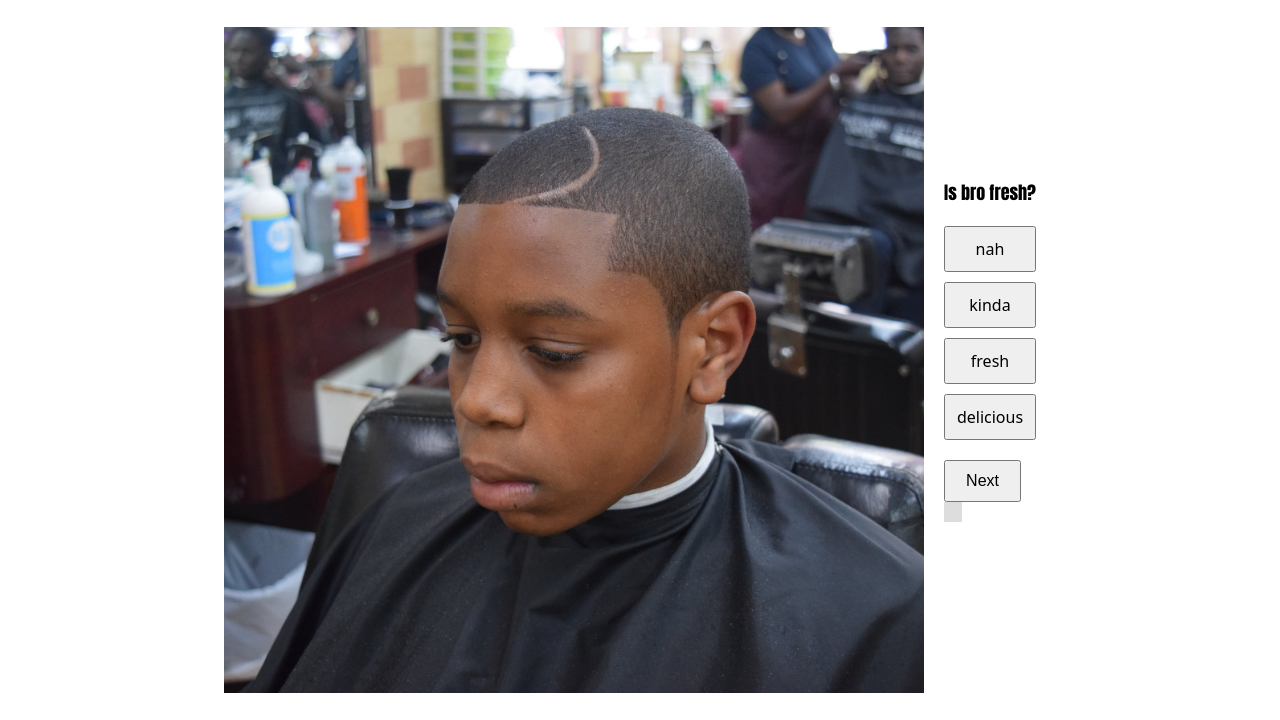
Repository: anderscederberg11/unhandledRuntimeError.json
Page: Henver/henver2.html
An editor plug-in stored every save of this project. The page is shown before and after the next save, followed by the edit.
The browser window is 1280 px wide. The pictures show the whole page.

Above is the page before, as saved 2024-05-24 18:35:29.

### Henver/henver2.html
<!DOCTYPE html>
<html lang="en">
<head>
    <meta charset="UTF-8">
    <meta name="viewport" content="width=device-width, initial-scale=1.0">
    <title>HaircutHenver</title>
    <link rel="stylesheet" href="henver2.css">
</head>
<body>
    <div class="haircutVro">
        <img class="haircutPic" src="/Henver/imgs/haircutbro.jpeg" alt="kid in barber chair">
    </div>
    <div class="quiz-container">
        <div id="question"></div>
        <div id="options"></div>
        <button id="next-btn" onclick="nextQuestion()">Next</button>
        <div id="progress"></div>
        <button id="play-sound-btn" style="display: none;" onclick="playSound()">Spray</button>
        <button id="redirect-btn" style="display: none;" onclick="redirect()">Continue Experience</button>
    </div>

    <script>
        const questions = [
            {
                question: "Is bro fresh?",
                options: ["nah", "kinda", "fresh", "delicious"],
                answer: "fresh"
            },
            {
                question: "Is this Kai Cenat?",
                options: ["nah", "yes", "fanum", "who?"],
                answer: "nah"
            },
            {
                question: "He pulls all the girls with his ___ ?",
                options: ["Swagger", "Game", "Rizz"],
                answer: "Rizz"
            },
            {
                question: "What is good tongue posture called??",
                options: ["lofting", "gleeking", "mewing", "NaCl"],
                answer: "mewing"
            },
            {
                question: "Should we spray bro down?",
                options: ["yes", "no"],
                answer: "yes"
            }
        ];

        let currentQuestion = 0;
        const progress = document.getElementById("progress");
        const questionDiv = document.getElementById("question");
        const optionsDiv = document.getElementById("options");

        function loadQuestion() {
            const q = questions[currentQuestion];
            questionDiv.textContent = q.question;
            optionsDiv.innerHTML = "";
            q.options.forEach((opt) => {
                const btn = document.createElement("button");
                btn.textContent = opt;
                btn.onclick = () => checkAnswer(opt);
                optionsDiv.appendChild(btn);
            });
            updateProgress();
        }

        function checkAnswer(selectedOption) {
            if (selectedOption === questions[currentQuestion].answer) {
                if (currentQuestion === questions.length - 1) {
                    document.getElementById("play-sound-btn").style.display = "inline-block";
                    document.getElementById("redirect-btn").style.display = "inline-block";
                }
                currentQuestion++;
                loadQuestion();
            }
        }

        function nextQuestion() {
            if (currentQuestion < questions.length - 1) {
                currentQuestion++;
                loadQuestion();
            }
        }

        function updateProgress() {
            const percent = ((currentQuestion + 1) / questions.length) * 100;
            progress.style.width = percent + "%";
        }

        function playSound() {
            const audio = new Audio('/Henver/imgs/Its just alcohol.mp3');
        audio.play();
        }

        function redirect() {
            alert("Redirecting to another page...");
        }

        loadQuestion();
    </script>
</body>
</html>

### Henver/henver2.css
body, html {
    height: 100%;
    margin: 0;
    display: flex;
    align-items: center;
    justify-content: center;
}

.haircutVro {
    display: flex;
    align-items: center;
    justify-content: center;
    width: 700px;
    height: 700px;
}

.haircutPic {
    max-width: 100%;
    max-height: 100%;
}

.quiz-container {
    max-width: 600px;
    margin: 0 auto;
    padding: 20px;
}

#question {
    font-family: Impact, Haettenschweiler, 'Arial Narrow Bold', sans-serif;
    font-size: 18px;
    margin-bottom: 20px;
}

#options button {
    font-family: system-ui, -apple-system, BlinkMacSystemFont, 'Segoe UI', Roboto, Oxygen, Ubuntu, Cantarell, 'Open Sans', 'Helvetica Neue', sans-serif;
    display: block;
    width: 100%;
    padding: 10px;
    margin-bottom: 10px;
    font-size: 16px;
    cursor: pointer;
}

#next-btn {
    display: block;
    margin-top: 20px;
    padding: 10px 20px;
    font-size: 16px;
    cursor: pointer;
}

#progress {
    background-color: #ddd;
    height: 20px;
    margin-bottom: 20px;
}

#progress::after {
    content: "";
    display: block;
    background-color: #4CAF50;
    height: 100%;
    width: 0;
}

#play-sound-btn, #redirect-btn {
    display: none;
    margin-top: 20px;
    padding: 10px 20px;
    font-size: 16px;
    cursor: pointer;
}

#play-sound-btn {
    background-color: #4CAF50;
    color: white;
    border: none;
}

#redirect-btn {
    background-color: #f44336;
    color: white;
    border: none;
}

After the next save:
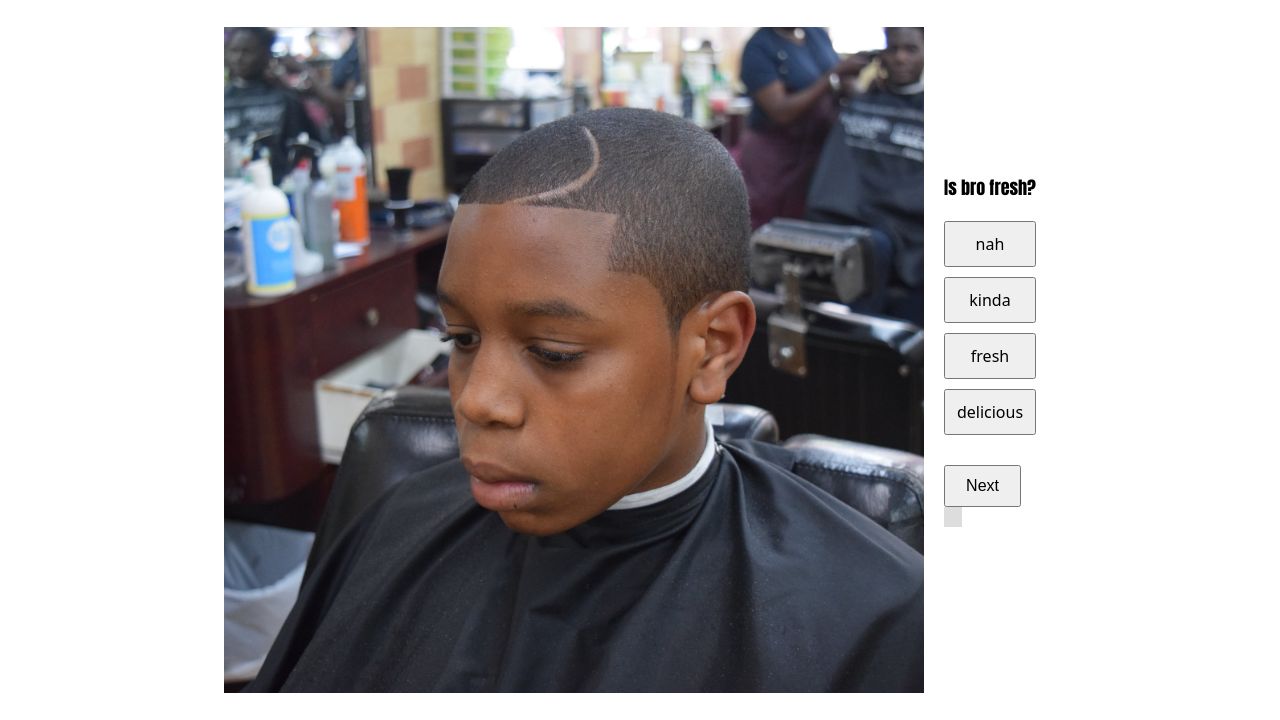
Saved 4 min 29 s later.
--- a/Henver/henver2.html
+++ b/Henver/henver2.html
@@ -64,6 +64,17 @@
                 optionsDiv.appendChild(btn);
             });
             updateProgress();
+
+            // Hide "Next" button and quiz buttons on last question
+            if (currentQuestion === questions.length - 1) {
+                document.getElementById("next-btn").style.display = "none";
+                document.getElementById("play-sound-btn").style.display = "inline-block";
+                document.getElementById("redirect-btn").style.display = "inline-block";
+            } else {
+                document.getElementById("next-btn").style.display = "inline-block";
+                document.getElementById("play-sound-btn").style.display = "none";
+                document.getElementById("redirect-btn").style.display = "none";
+            }
         }
 
         function checkAnswer(selectedOption) {
@@ -90,11 +101,12 @@
         }
 
         function playSound() {
-            const audio = new Audio('/Henver/imgs/Its just alcohol.mp3');
-        audio.play();
+            const audio = new Audio('/path/to/your/sound.mp3');
+            audio.play();
         }
 
         function redirect() {
+            // Add code to redirect to another page here
             alert("Redirecting to another page...");
         }
 

After the save that followed:
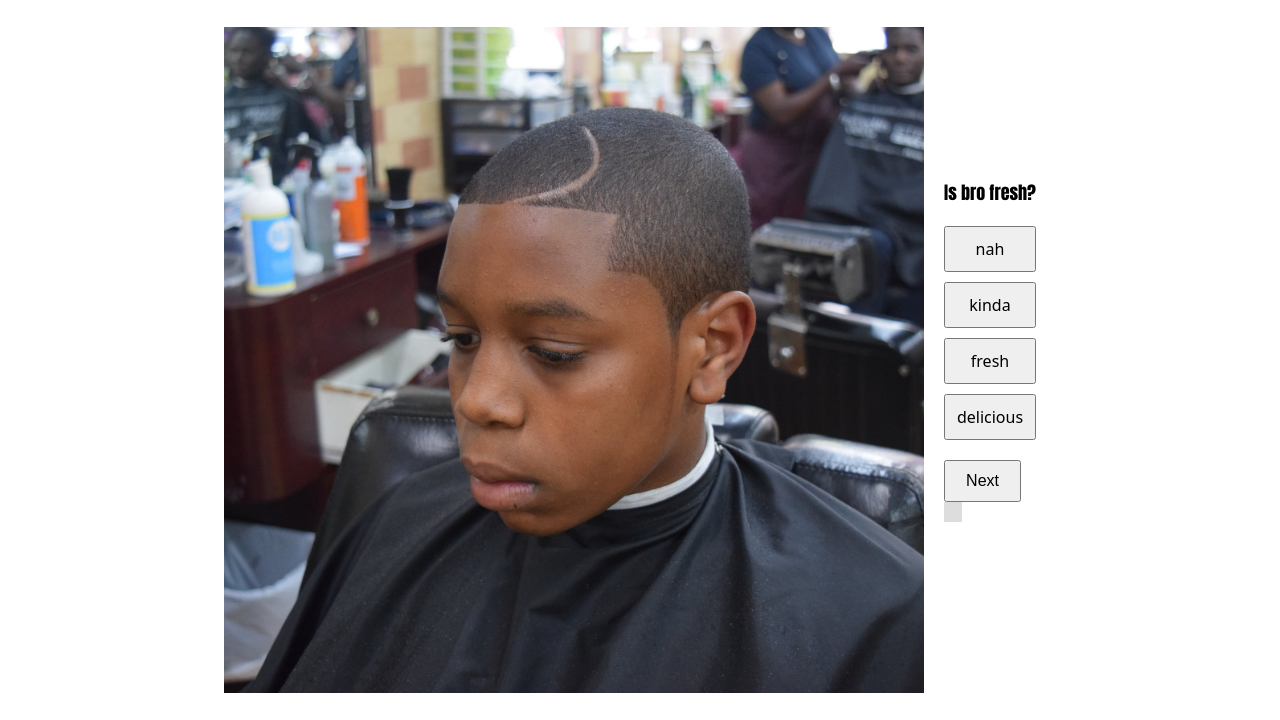
Saved 14 s later.
--- a/Henver/henver2.html
+++ b/Henver/henver2.html
@@ -64,17 +64,6 @@
                 optionsDiv.appendChild(btn);
             });
             updateProgress();
-
-            // Hide "Next" button and quiz buttons on last question
-            if (currentQuestion === questions.length - 1) {
-                document.getElementById("next-btn").style.display = "none";
-                document.getElementById("play-sound-btn").style.display = "inline-block";
-                document.getElementById("redirect-btn").style.display = "inline-block";
-            } else {
-                document.getElementById("next-btn").style.display = "inline-block";
-                document.getElementById("play-sound-btn").style.display = "none";
-                document.getElementById("redirect-btn").style.display = "none";
-            }
         }
 
         function checkAnswer(selectedOption) {
@@ -101,12 +90,11 @@
         }
 
         function playSound() {
-            const audio = new Audio('/path/to/your/sound.mp3');
-            audio.play();
+            const audio = new Audio('/Henver/imgs/Its just alcohol.mp3');
+        audio.play();
         }
 
         function redirect() {
-            // Add code to redirect to another page here
             alert("Redirecting to another page...");
         }
 
